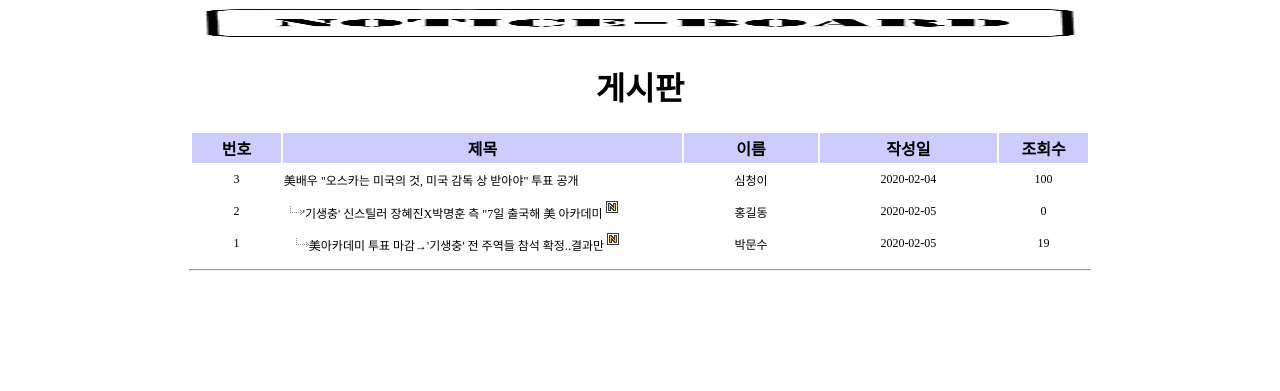
Repository: Rummikub/DBStudy
Page: HTML Project3/WebContent/html/list.html
The author's editor kept a copy of each file at every save. The page is drawn from the files as they stood at one save, then again after the next save.
The browser window is 1280 px wide. The pictures show the whole page.

Above is the page before, as saved 2020-02-05 07:05:18.

### HTML Project3/WebContent/html/list.html
<!DOCTYPE html>
<html>
<head>
<meta charset="UTF-8">
<title>Insert title here</title>
<style type="text/css">
td {
	font-size:9pt
}</style>
</head>
<body>
	<center>
	<img src="noticeboard.png" width=900 height=30>
	 <h1>게시판</h1>
	 <table border=0 width=900>
	  <tr bgcolor="#ccccff" height="30">
	   <th width=10%>번호</th>
	   <th width=45%>제목</th>
	   <th width=15%>이름</th>
	   <th width=20%>작성일</th>
	   <th width=10%>조회수</th>
	  </tr>
	  <tr height="30">
	   <td width=10% align="center">3</td>
	   <td width=45%>美배우 "오스카는 미국의 것, 미국 감독 상 받아야" 투표 공개</td>
	   <td width=15% align="center">심청이</td>
	   <td width=20% align="center">2020-02-04</td>
	   <td width=10% align="center">100</td>
	  </tr>
	  <tr height="30">
	   <td width=10% align="center">2</td>
	   <td width=45%>&nbsp;&nbsp;<img src="icon_reply.gif">'기생충' 신스틸러 장혜진X박명훈 측 "7일 출국해 美 아카데미&nbsp;<sup><img src="new.gif"></sup></td>
	   <td width=15% align="center">홍길동</td>
	   <td width=20% align="center">2020-02-05</td>
	   <td width=10% align="center">0</td>
	  </tr>
	  <tr height="30">
	   <td width=10% align="center">1</td>
	   <td width=45%>&nbsp;&nbsp;&nbsp;&nbsp;<img src="icon_reply.gif">美아카데미 투표 마감→'기생충' 전 주역들 참석 확정..결과만&nbsp;<sup><img src="new.gif"></sup></td>
	   <td width=15% align="center">박문수</td>
	   <td width=20% align="center">2020-02-05</td>
	   <td width=10% align="center">19</td>
	  </tr>
	 </table>
	 <hr width=900>
	</center>
</body>
</html>

After the next save:
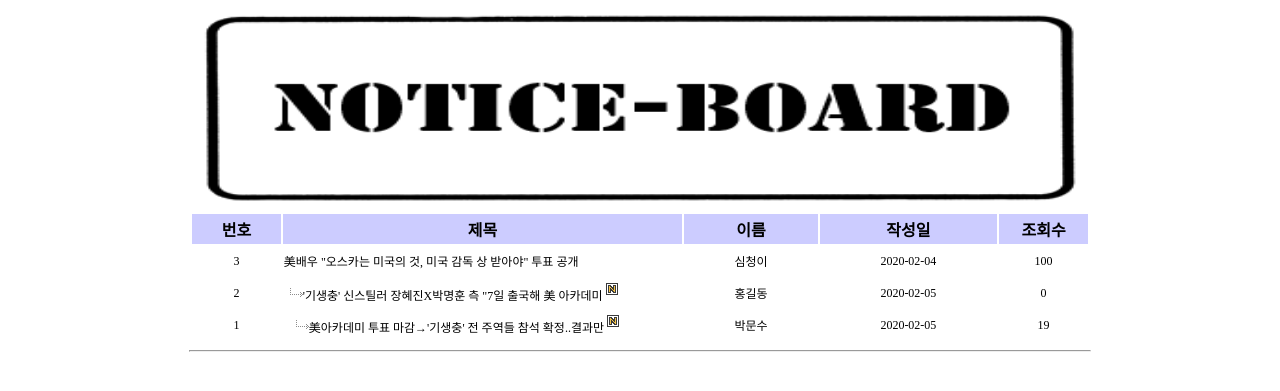
Saved 11 s later.
--- a/HTML Project3/WebContent/html/list.html
+++ b/HTML Project3/WebContent/html/list.html
@@ -10,8 +10,7 @@
 </head>
 <body>
 	<center>
-	<img src="noticeboard.png" width=900 height=30>
-	 <h1>게시판</h1>
+	<img src="noticeboard.png" width=900 height=200>
 	 <table border=0 width=900>
 	  <tr bgcolor="#ccccff" height="30">
 	   <th width=10%>번호</th>
